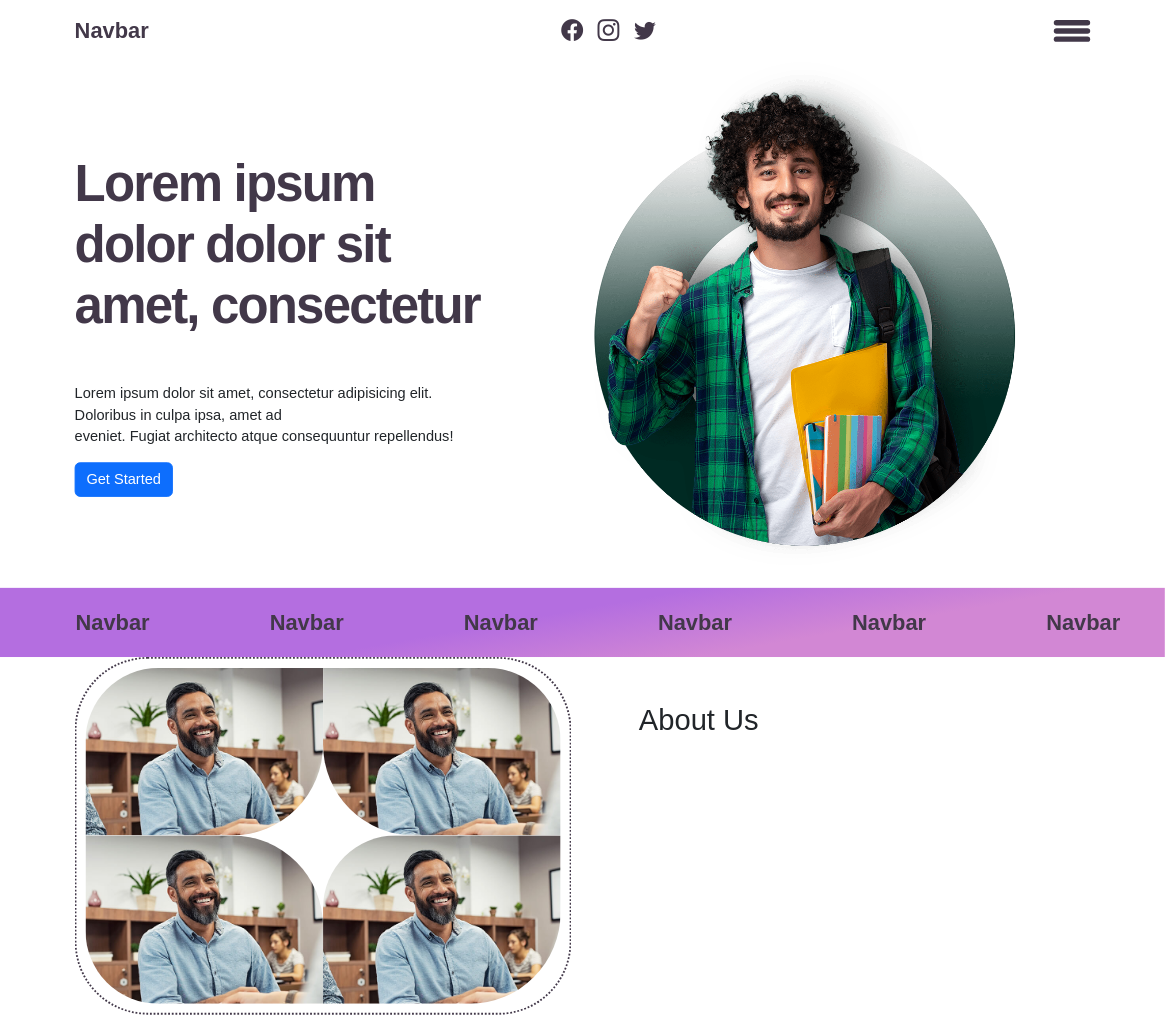
Repository: tagnam/project27012025
Page: index.html
The author's editor kept a copy of each file at every save. The page is drawn from the files as they stood at one save, then again after the next save.
The browser window is 1280 px wide. The pictures show the whole page, at 91% of full size.

Above is the page before, as saved 2025-01-27 16:41:55.

### index.html
<!DOCTYPE html>
<html lang="en">
<head>
    <meta charset="UTF-8">
    <meta name="viewport" content="width=device-width, initial-scale=1.0">
    <link href="https://cdn.jsdelivr.net/npm/bootstrap@5.3.3/dist/css/bootstrap.min.css" rel="stylesheet" integrity="sha384-QWTKZyjpPEjISv5WaRU9OFeRpok6YctnYmDr5pNlyT2bRjXh0JMhjY6hW+ALEwIH" crossorigin="anonymous">
    <link rel="stylesheet" href="style/css/index.css">
    <link rel="stylesheet" href="style/css/animation.css">
    <link rel="stylesheet" href="style/css/responsive.css">
    <title>project27012025</title>
</head>
<body>
<header>
    <!-- --------------------------------------------start nav bar ------------------------------->
    <nav class="navbar navbar-expand-lg custom-nav">
        <div class="container">
          <div class="collapse navbar-collapse justify-content-between" id="navbarSupportedContent">
            <a class="navbar-brand" href="#">Navbar</a>
            <ul class="navbar-nav  ">

              <li class="nav-item">
                <a class="nav-link" href="#"><i class="bi bi-facebook"></i></a>
              </li>
              <li class="nav-item">
                <a class="nav-link" href="#"><i class="bi bi-instagram"></i></a>
              </li>
              <li class="nav-item">
                <a class="nav-link" href="#"><i class="bi bi-twitter"></i></a>
              </li>
            </ul>
            <div class="d-flex">
               <div class="menu-container" type="button" data-bs-toggle="offcanvas" data-bs-target="#offcanvasExample" aria-controls="offcanvasExample">
                <span class="span-menu-01 menu-icon"></span>
                <span class="span-menu-02 menu-icon"></span>
                <span class="span-menu-03 menu-icon"></span>
            </div>
            </div>
          </div>
        </div>
      </nav>

      <!-- ------------------------------start offcanvas ---------------------------------------->
      <div class="offcanvas offcanvas-start " tabindex="-1" id="offcanvasExample" aria-labelledby="offcanvasExampleLabel">
        <div class="offcanvas-header">
          <h5 class="offcanvas-title" id="offcanvasExampleLabel">Offcanvas</h5>
          <button type="button" class="btn-close text-reset" data-bs-dismiss="offcanvas" aria-label="Close"></button>
        </div>
        <div class="offcanvas-body">
          <div>
            Some text as placeholder. In real life you can have the elements you have chosen. Like, text, images, lists, etc.
          </div>
          <div class="dropdown mt-3">
            <button class="btn btn-secondary dropdown-toggle" type="button" id="dropdownMenuButton" data-bs-toggle="dropdown">
              Dropdown button
            </button>
            <ul class="dropdown-menu" aria-labelledby="dropdownMenuButton">
              <li><a class="dropdown-item" href="#">Action</a></li>
              <li><a class="dropdown-item" href="#">Another action</a></li>
              <li><a class="dropdown-item" href="#">Something else here</a></li>
            </ul>
          </div>
        </div>
      </div>
       <!-- -----------------------------end offcanvas ------------------------------------------->
      <!------------------------------------------------ end navbar ----------------------------->


</header>
<section class="hero-section">
    <div  class="container" style="height: 100%;">
        <div class="row" >
            <div class="col-lg-6 col-md-6 col-sm-12">
                <div class="banner-content ">
                    <h1>Lorem ipsum dolor  dolor sit amet, consectetur </h1>
                    <p>Lorem ipsum dolor sit amet, consectetur adipisicing elit. Doloribus in culpa ipsa, amet ad<br> eveniet. Fugiat architecto atque consequuntur repellendus!</p>
                    <button class="btn btn-primary">Get Started</button>
                </div>
            </div>
            <div class="col-lg-6 col-md-6 col-sm-12">
                <div class="banner-img d-flex justify-content-end">
                    <img src="image/hero-banner-01.webp" class="w-100" alt="">

            </div>

        </div>
    </div>
    <!-- <div class="row">
        <div class="col-lg-6 col-md-6 col-sm-12 d-flex justify-content-start">
            <div class="banner-btn">
                <a class="btn custom-btn btn-outline-success"> Get Started </a>
            </div>
        </div>
        <div class="col-lg-6 col-md-6 col-sm-12 d-flex justify-content-end">
             <div class="banner-footer-text">
                <p>Lorem ipsum dolor sit amet <br>consectetur adipisicing elit. Numquam, vel.</p>
             </div>

    </div>
 </div> -->
  </section>


<section class="client-section">
    <div class="container-fluid">
       <div class="row  row-cols-3 row-cols-md-6 g-4">
        <div class="col client-logo">
            <a class="navbar-brand w-25" href="#">Navbar</a>
        </div>
        <div class="col client-logo">
            <a class="navbar-brand w-25" href="#">Navbar</a>
        </div>
        <div class="col client-logo">
            <a class="navbar-brand w-25" href="#">Navbar</a>
        </div>
        <div class="col client-logo">
            <a class="navbar-brand w-25" href="#">Navbar</a>
        </div>
        <div class="col client-logo">
            <a class="navbar-brand w-25" href="#">Navbar</a>
        </div>
        <div class="col client-logo">
            <a class="navbar-brand w-25" href="#">Navbar</a>
        </div>

    </div>
    </div>
</section>

<section>
    <div class="container">
        <div class="row">
            <div class="col-lg-6 col-md-6 col-sm-12">
                <div class="about-row row  row-cols-1 row-cols-md-2 g-0">
                    <div class="col">
                        <div class="img">
                            <img src="image/elearning-08.jpg" class="about-row-img-01 w-100" alt="">
                        </div>
                    </div>
                    <div class="col">
                        <div class="img">
                            <img src="image/elearning-08.jpg" class="about-row-img-02 w-100" alt="">
                        </div>
                    </div>
                    <div class="col">
                        <div class="img">
                            <img src="image/elearning-08.jpg" class="about-row-img-03 w-100" alt="">
                        </div>
                    </div>
                    <div class="col">
                        <div class="img">
                            <img src="image/elearning-08.jpg" class="about-row-img-04 w-100" alt="">
                        </div>
                    </div>
                </div>
            </div>
            <div class="col-lg-6 col-md-6 col-sm-12">
                <div class="about-content">
                    <div class="main-heading">
                        <h2>About Us </h2>
                    </div>

                </div>
            </div>

        </div>
    </div>
</section>
<script src="https://cdn.jsdelivr.net/npm/bootstrap@5.3.3/dist/js/bootstrap.bundle.min.js" integrity="sha384-YvpcrYf0tY3lHB60NNkmXc5s9fDVZLESaAA55NDzOxhy9GkcIdslK1eN7N6jIeHz" crossorigin="anonymous"></script>
<script src="style/js/custom.js"></script>
</body>
</html>

### style/css/index.css
@import url("https://cdn.jsdelivr.net/npm/bootstrap-icons@1.11.3/font/bootstrap-icons.min.css");

*{
 margin: 0;
padding: 0;
box-sizing: border-box;
}

:root{
    --dark-color:#423849;
    --semi-dark-color:#b46ee0;
    --light-color:#d287d4;
    --white-color:#fff;
    --main-heading-font-size: 3.5rem;
    --subheading-font-size: 2rem;
    --paragraph-font-size: 1rem;


}


body{
    font-family: 'Poppins', sans-serif;


}

/* header{
    position: fixed;
    top: 0;
    z-index: 1000;
width: 100%;
} */

.navbar-brand{
    font-size: 1.5rem;
    font-weight: 800;
    color: var(--dark-color);
}

.menu-icon{
    display: block;
    width: 40px;
    height: 6px;
    background-color: var(--dark-color);
    margin: 3px auto;
    border-radius: 20px;
    cursor: pointer;
}


.nav-link .bi{
    font-size: 1.5rem;
    color: var(--dark-color);
}

.banner-content{
    margin: 100px auto;
    padding-right: 100px;
}

.banner-content h1{
    color: var(--dark-color);
    font-weight: 800;
    /* font-size: 55px; */
    font-size: var(--main-heading-font-size);
    letter-spacing: -2px;
    margin: 50px 0px;
}
/* .hero-section{
   background-image: url(/image/business-banner.jpg);
    background-size: cover;
    background-position: center;
    height: 100vh;
} */

.banner-footer-text p{
    color: var(--dark-color);

}


.client-section{
    background: linear-gradient(-190deg, rgba(180,110,224,1) 45%, rgba(210,135,212,1) 70%);
    padding: 20px 0px;
    overflow: hidden;
}

.client-logo{
    display: flex;
    justify-content: center;
    align-items: center;
    flex-wrap: wrap;
    color: var(--white-color);
}
.about-row {
    border: 2px dotted var(--dark-color);
    padding: 10px;
    border-radius: 80px;
}

.about-row-img-01{
    border-top-left-radius: 80px;
    border-bottom-right-radius: 100px;
}


.about-row-img-02{
    border-top-right-radius: 80px;
    border-bottom-left-radius: 100px;
}

.about-row-img-03{
    border-bottom-left-radius: 80px;
    border-top-right-radius: 100px;
}

.about-row-img-04{
    border-top-left-radius: 80px;
    border-bottom-right-radius: 100px;
}


.about-content{
    padding: 50px;
}

{
    color: var(--dark-color);
    font-weight: 800;
    /* font-size: 55px; */
    font-size: var(--main-heading-font-size);
    letter-spacing: -2px;
    margin: 50px 0px;
}

Loaded but not shown: style/js/custom.js (no copy from this time; the picture is the same without it); style/css/animation.css (no stored copy; drawn as an empty file); style/css/responsive.css (no stored copy; drawn as an empty file)

After the next save:
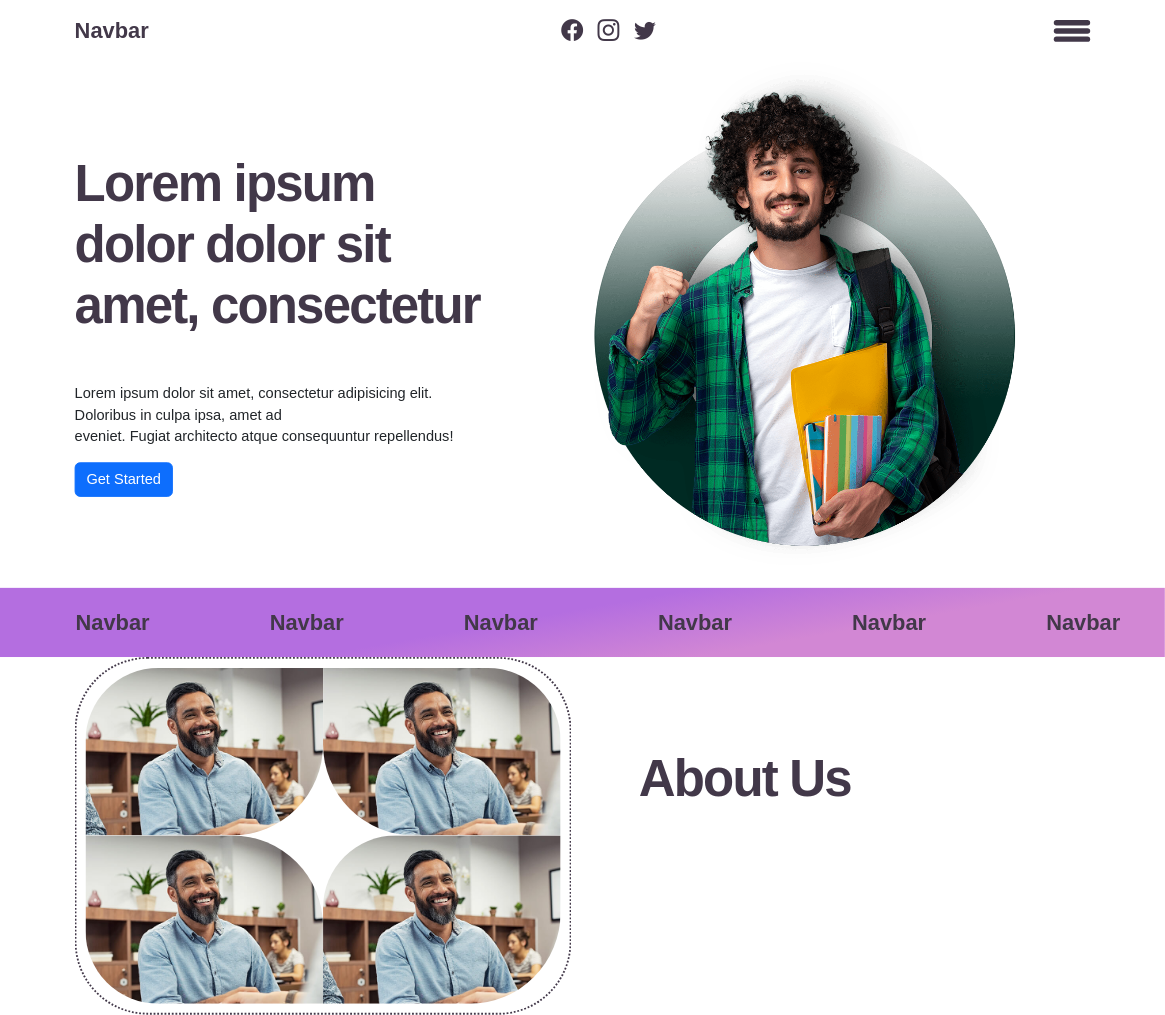
Saved 10 s later.
--- a/style/css/index.css
+++ b/style/css/index.css
@@ -125,7 +125,7 @@ width: 100%;
     padding: 50px;
 }
 
-{
+.main-heading h2{
     color: var(--dark-color);
     font-weight: 800;
     /* font-size: 55px; */
